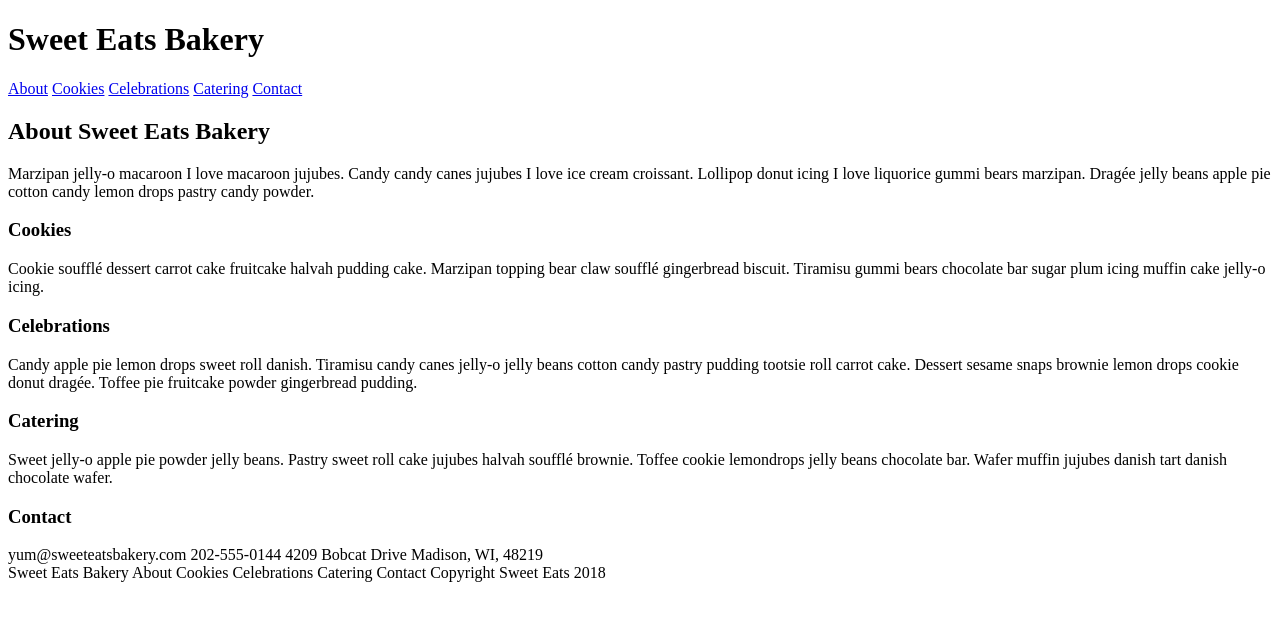
Repository: yoshimario/web-module-challenge-user-interface
Page: index.html
The author's editor kept a copy of each file at every save. The page is drawn from the files as they stood at one save, then again after the next save.
The browser window is 1280 px wide. The pictures show the whole page.
Some web fonts or font styles are not loaded; a fallback is used.

Above is the page before, as saved 2023-05-14 14:48:01.

After the next save:
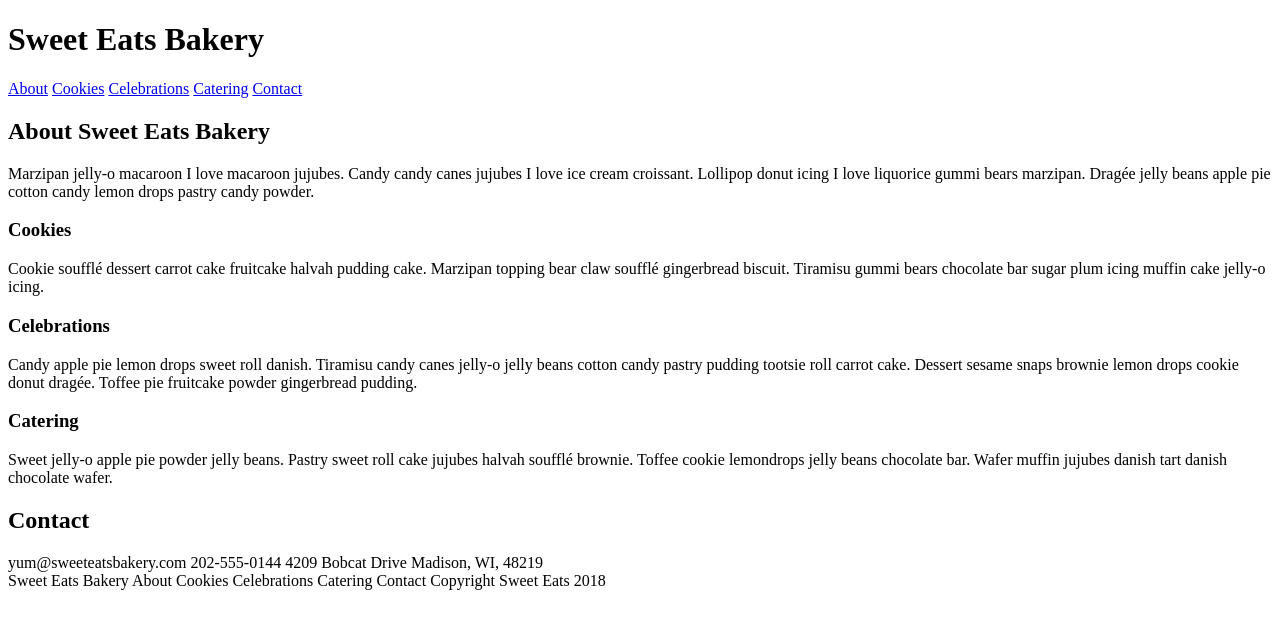
Saved 9 h 31 min later.
--- a/index.html
+++ b/index.html
@@ -56,7 +56,7 @@ gingerbread pudding.</p>
 lemondrops jelly beans chocolate bar. Wafer muffin jujubes danish tart danish chocolate wafer.</p>
 </section>
 <section>
-<h3>Contact</h3>
+<h2>Contact</h2>
 
 yum@sweeteatsbakery.com
 202-555-0144
